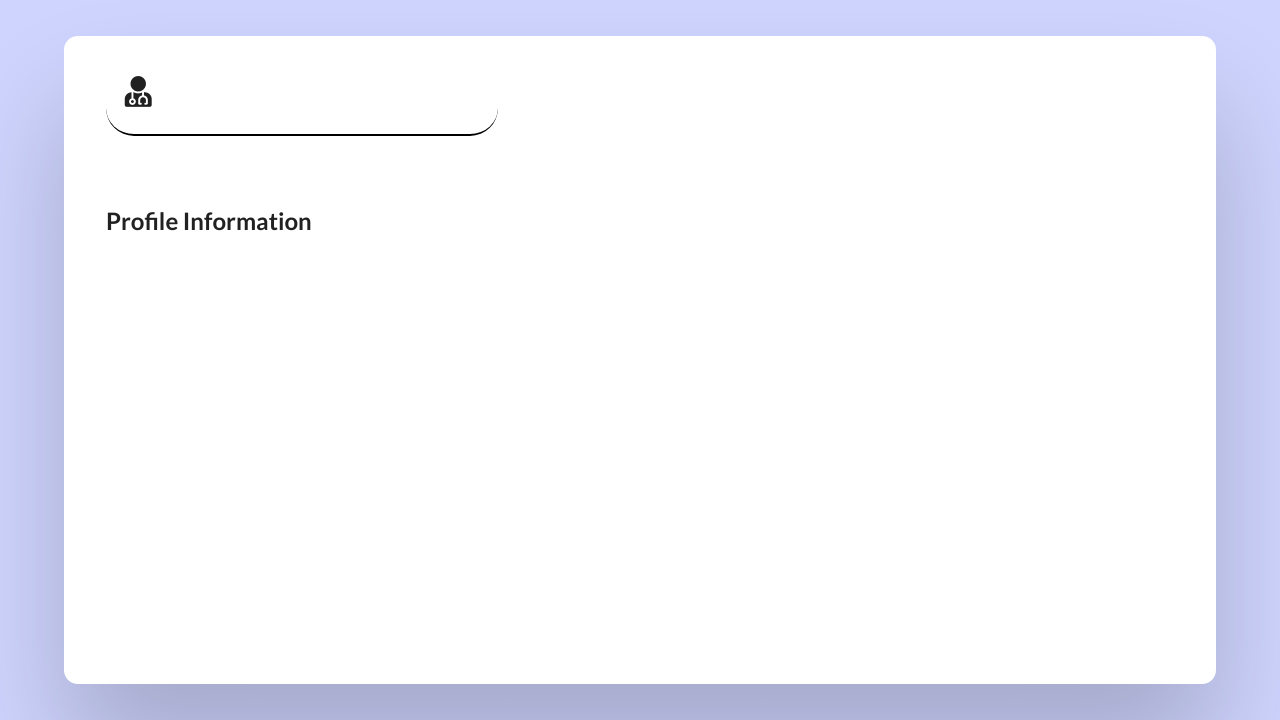
Repository: ajayaj2001/healthcare-digitization
Page: /doctorRegister
The author's editor kept a copy of each file at every save. The page is drawn from the files as they stood at one save, then again after the next save.
The browser window is 1280 px wide. The pictures show the whole page.
The project was rebuilt for these pictures with package versions that can differ from the ones it lists, and the page was loaded fresh each time. Also part of the build but not shown: src/component/userType/UserType.scss, src/component/userType/UserType.js, src/component/login/Login.scss, src/component/login/loginForm/LoginForm.scss, src/component/login/loginForm/LoginForm.js, src/component/login/Login.js, src/component/register/Register.scss, src/component/register/registerForm/RegisterForm.scss and 2 more.

Above is the page before, as saved 2021-03-13 11:29:55.

After the next save:
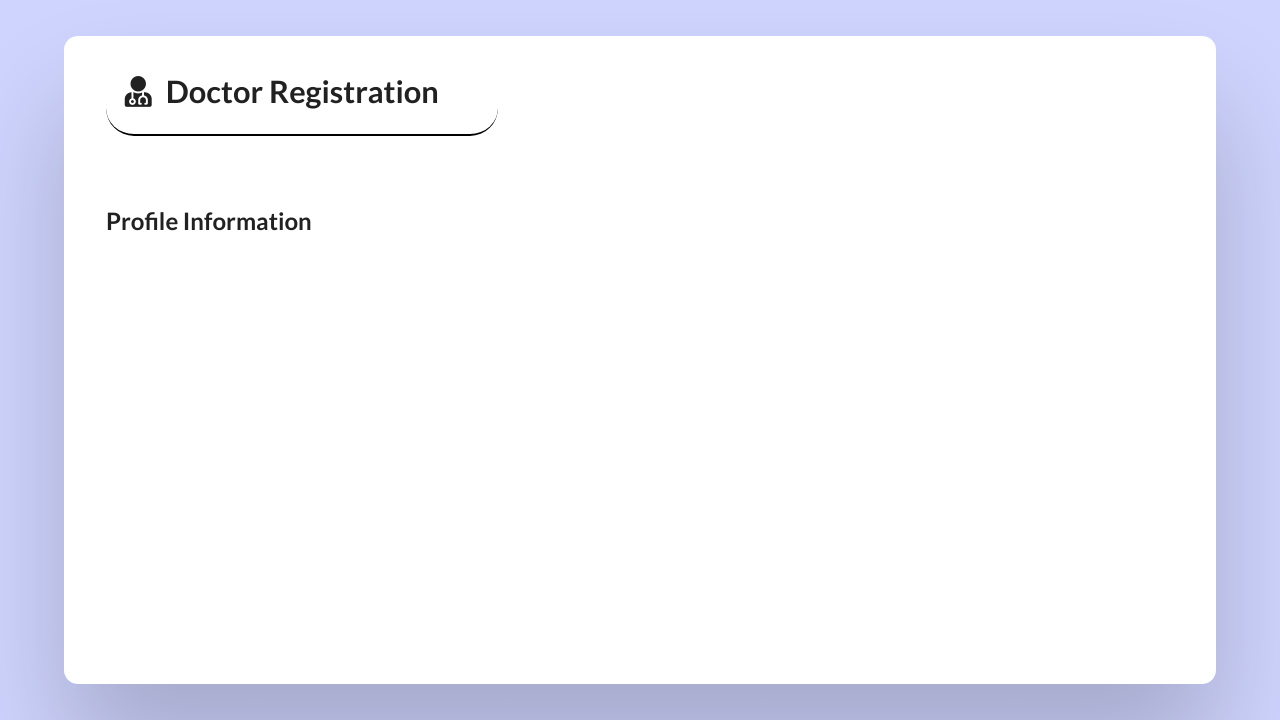
Saved 36 s later.
--- a/src/component/doctorRegister/DoctorRegister.js
+++ b/src/component/doctorRegister/DoctorRegister.js
@@ -7,7 +7,7 @@ const DoctorRegister = () => {
     return (
         <div className="doctorRegister__container">
             <div className="doctorRegister__main">
-                <h1 className="doctorRegister__heading"><Icon name="user doctor"/></h1>
+                <h1 className="doctorRegister__heading"><Icon name="user doctor"/> Doctor Registration</h1>
                 <DoctorRegisterForm/>
             </div>
         </div>
